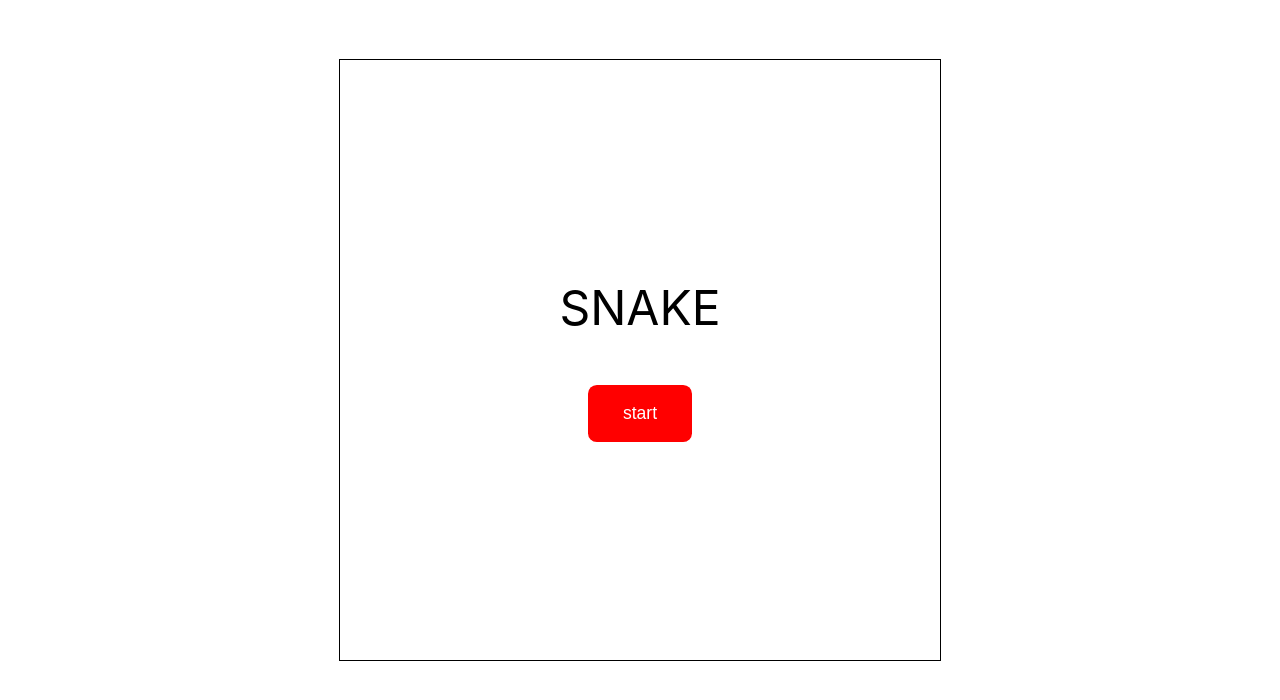
Repository: meills/react-snake
Page: /
The author's editor kept a copy of each file at every save. The page is drawn from the files as they stood at one save, then again after a run of saves.
The browser window is 1280 px wide. The pictures show the whole page.
The project was rebuilt for these pictures with package versions that can differ from the ones it lists, and the page was loaded fresh each time. Also part of the build but not shown: src/components/Snakeboard.js, src/styles/App.css.

Above is the page before, as saved 2020-06-15 17:58:28.

After the next 2 saves:
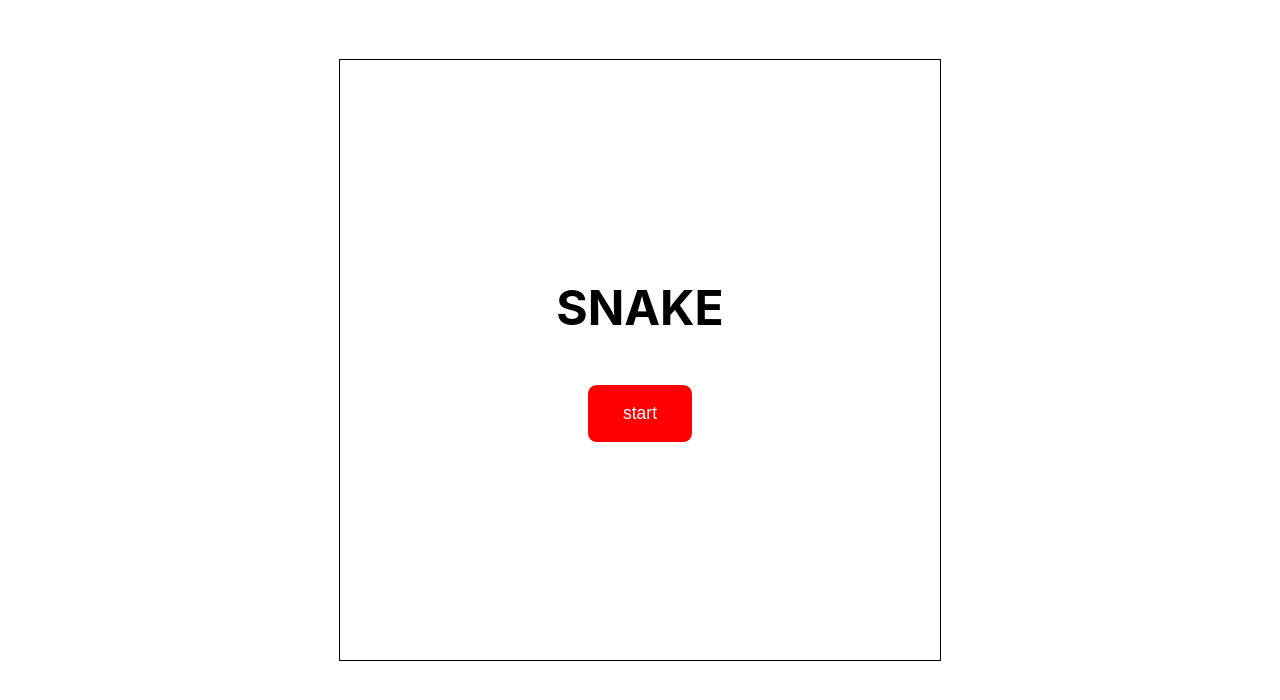
The 2 saves are shown as one change because they came seconds apart.
The last was saved 32 s later.
--- a/src/components/WelcomeMessage.js
+++ b/src/components/WelcomeMessage.js
@@ -1,7 +1,7 @@
 import React from 'react';
 
 function WelcomeMessage() {
-    return(<div className='welcome-message'> SNAKE </div>);
+    return(<div className='welcome-message'> <b>SNAKE </b></div>);
 }
 
 export default WelcomeMessage;
